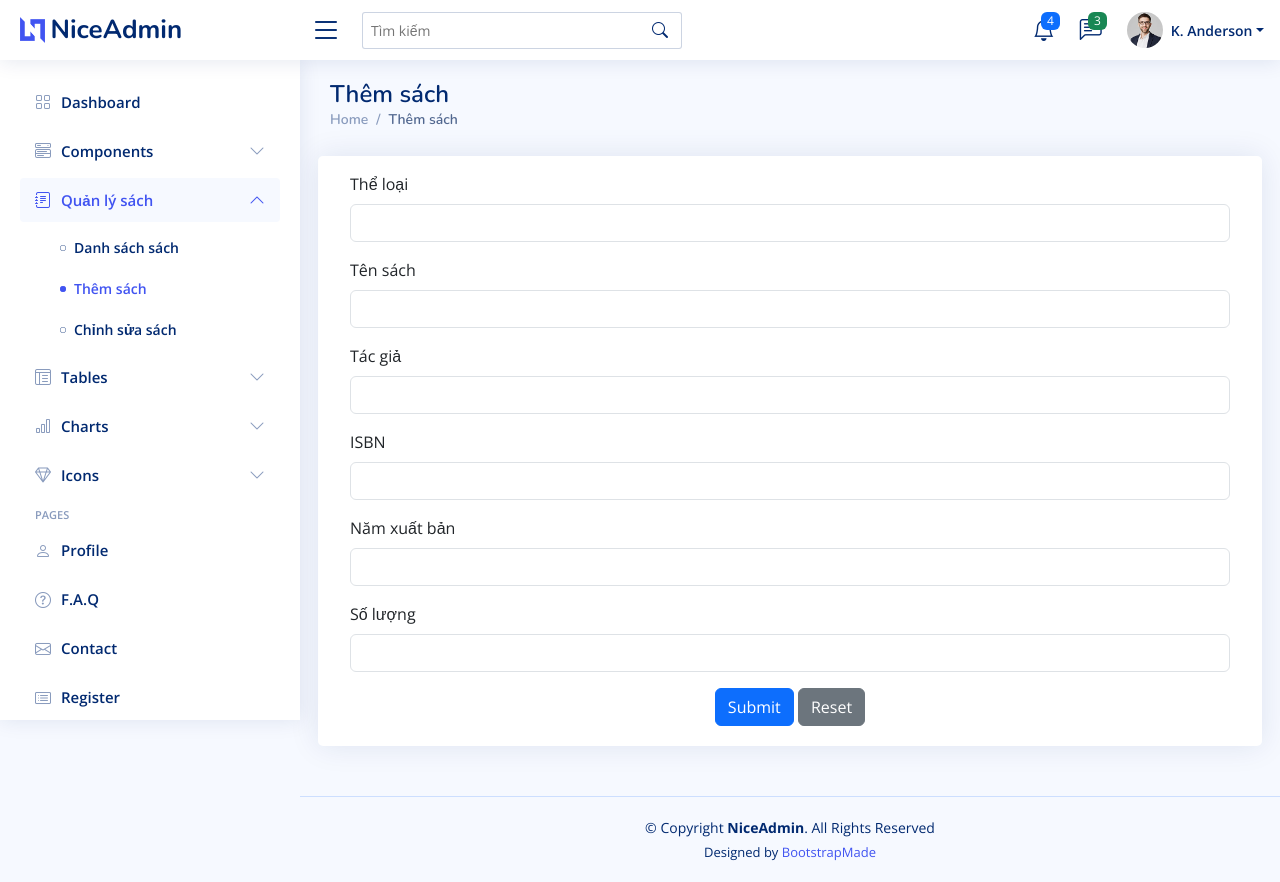
Repository: Hoainam7895123/library_manager
Page: http://localhost/library_manager/addBook.jsp
The author's editor kept a copy of each file at every save. The page is drawn from the files as they stood at one save, then again after the next save.
The browser window is 1280 px wide. The pictures show the whole page.
The page is served by Tomcat 9. Other server files are loaded and not shown.

Above is the page before, as saved 2024-06-17 02:24:01.

### library_manager/src/main/webapp/addBook.jsp
<%@page import="java.util.ArrayList"%>
<%@page import="model.Book"%>
<%@ page language="java" contentType="text/html; charset=UTF-8"
	pageEncoding="UTF-8"%>
<!DOCTYPE html>
<html lang="en">

<head>
<meta charset="utf-8">
<meta content="width=device-width, initial-scale=1.0" name="viewport">

<title>Dashboard - NiceAdmin Bootstrap Template</title>
<meta content="" name="description">
<meta content="" name="keywords">

<!-- Favicons -->
<link href="/img/favicon.png" rel="icon">
<link href="/img/apple-touch-icon.png" rel="apple-touch-icon">

<!-- Google Fonts -->
<link href="https://fonts.gstatic.com" rel="preconnect">
<link
	href="https://fonts.googleapis.com/css?family=Open+Sans:300,300i,400,400i,600,600i,700,700i|Nunito:300,300i,400,400i,600,600i,700,700i|Poppins:300,300i,400,400i,500,500i,600,600i,700,700i"
	rel="stylesheet">

<!-- Vendor CSS Files -->
<link href="css/bootstrap.min.css" rel="stylesheet">
<link href="css/bootstrap-icons/bootstrap-icons.css" rel="stylesheet">
<link href="css/boxicons.min.css" rel="stylesheet">
<link href="css/quill.snow.css" rel="stylesheet">
<link href="css/quill.bubble.css" rel="stylesheet">
<link href="css/remixicon.css" rel="stylesheet">
<link href="css/style.css" rel="stylesheet">

<!-- Template Main CSS File -->
<link href="css/stylex.css" rel="stylesheet">

<!-- =======================================================
  * Template Name: NiceAdmin
  * Template URL: https://bootstrapmade.com/nice-admin-bootstrap-admin-html-template/
  * Updated: Apr 20 2024 with Bootstrap v5.3.3
  * Author: BootstrapMade.com
  * License: https://bootstrapmade.com/license/
  ======================================================== -->
</head>

<body>

	<!-- ======= Header ======= -->
	<header id="header" class="header fixed-top d-flex align-items-center">

		<div class="d-flex align-items-center justify-content-between">
			<a href="index.html" class="logo d-flex align-items-center"> <img
				src="assets/img/logo.png" alt=""> <span
				class="d-none d-lg-block">NiceAdmin</span>
			</a> <i class="bi bi-list toggle-sidebar-btn"></i>
		</div>
		<!-- End Logo -->

		<div class="search-bar">
			<form class="search-form d-flex align-items-center" method="GET"
				action="${pageContext.request.contextPath}/search-book">
				<input type="text" name="searchTitle" placeholder="Tìm kiếm"
					title="Enter search keyword">
				<button type="submit" title="Search">
					<i class="bi bi-search"></i>
				</button>
			</form>
		</div>
		<!-- End Search Bar -->

		<nav class="header-nav ms-auto">
			<ul class="d-flex align-items-center">

				<li class="nav-item d-block d-lg-none"><a
					class="nav-link nav-icon search-bar-toggle " href="#"> <i
						class="bi bi-search"></i>
				</a></li>
				<!-- End Search Icon-->

				<li class="nav-item dropdown"><a class="nav-link nav-icon"
					href="#" data-bs-toggle="dropdown"> <i class="bi bi-bell"></i>
						<span class="badge bg-primary badge-number">4</span>
				</a> <!-- End Notification Icon -->

					<ul
						class="dropdown-menu dropdown-menu-end dropdown-menu-arrow notifications">
						<li class="dropdown-header">You have 4 new notifications <a
							href="#"><span class="badge rounded-pill bg-primary p-2 ms-2">View
									all</span></a>
						</li>
						<li>
							<hr class="dropdown-divider">
						</li>

						<li class="notification-item"><i
							class="bi bi-exclamation-circle text-warning"></i>
							<div>
								<h4>Lorem Ipsum</h4>
								<p>Quae dolorem earum veritatis oditseno</p>
								<p>30 min. ago</p>
							</div></li>

						<li>
							<hr class="dropdown-divider">
						</li>

						<li class="notification-item"><i
							class="bi bi-x-circle text-danger"></i>
							<div>
								<h4>Atque rerum nesciunt</h4>
								<p>Quae dolorem earum veritatis oditseno</p>
								<p>1 hr. ago</p>
							</div></li>

						<li>
							<hr class="dropdown-divider">
						</li>

						<li class="notification-item"><i
							class="bi bi-check-circle text-success"></i>
							<div>
								<h4>Sit rerum fuga</h4>
								<p>Quae dolorem earum veritatis oditseno</p>
								<p>2 hrs. ago</p>
							</div></li>

						<li>
							<hr class="dropdown-divider">
						</li>

						<li class="notification-item"><i
							class="bi bi-info-circle text-primary"></i>
							<div>
								<h4>Dicta reprehenderit</h4>
								<p>Quae dolorem earum veritatis oditseno</p>
								<p>4 hrs. ago</p>
							</div></li>

						<li>
							<hr class="dropdown-divider">
						</li>
						<li class="dropdown-footer"><a href="#">Show all
								notifications</a></li>

					</ul> <!-- End Notification Dropdown Items --></li>
				<!-- End Notification Nav -->

				<li class="nav-item dropdown"><a class="nav-link nav-icon"
					href="#" data-bs-toggle="dropdown"> <i
						class="bi bi-chat-left-text"></i> <span
						class="badge bg-success badge-number">3</span>
				</a> <!-- End Messages Icon -->

					<ul
						class="dropdown-menu dropdown-menu-end dropdown-menu-arrow messages">
						<li class="dropdown-header">You have 3 new messages <a
							href="#"><span class="badge rounded-pill bg-primary p-2 ms-2">View
									all</span></a>
						</li>
						<li>
							<hr class="dropdown-divider">
						</li>

						<li class="message-item"><a href="#"> <img
								src="assets/img/messages-1.jpg" alt="" class="rounded-circle">
								<div>
									<h4>Maria Hudson</h4>
									<p>Velit asperiores et ducimus soluta repudiandae labore
										officia est ut...</p>
									<p>4 hrs. ago</p>
								</div>
						</a></li>
						<li>
							<hr class="dropdown-divider">
						</li>

						<li class="message-item"><a href="#"> <img
								src="assets/img/messages-2.jpg" alt="" class="rounded-circle">
								<div>
									<h4>Anna Nelson</h4>
									<p>Velit asperiores et ducimus soluta repudiandae labore
										officia est ut...</p>
									<p>6 hrs. ago</p>
								</div>
						</a></li>
						<li>
							<hr class="dropdown-divider">
						</li>

						<li class="message-item"><a href="#"> <img
								src="assets/img/messages-3.jpg" alt="" class="rounded-circle">
								<div>
									<h4>David Muldon</h4>
									<p>Velit asperiores et ducimus soluta repudiandae labore
										officia est ut...</p>
									<p>8 hrs. ago</p>
								</div>
						</a></li>
						<li>
							<hr class="dropdown-divider">
						</li>

						<li class="dropdown-footer"><a href="#">Show all messages</a>
						</li>

					</ul> <!-- End Messages Dropdown Items --></li>
				<!-- End Messages Nav -->

				<li class="nav-item dropdown pe-3"><a
					class="nav-link nav-profile d-flex align-items-center pe-0"
					href="#" data-bs-toggle="dropdown"> <img
						src="assets/img/profile-img.jpg" alt="Profile"
						class="rounded-circle"> <span
						class="d-none d-md-block dropdown-toggle ps-2">K. Anderson</span>
				</a> <!-- End Profile Iamge Icon -->

					<ul
						class="dropdown-menu dropdown-menu-end dropdown-menu-arrow profile">
						<li class="dropdown-header">
							<h6>Kevin Anderson</h6> <span>Web Designer</span>
						</li>
						<li>
							<hr class="dropdown-divider">
						</li>

						<li><a class="dropdown-item d-flex align-items-center"
							href="users-profile.html"> <i class="bi bi-person"></i> <span>My
									Profile</span>
						</a></li>
						<li>
							<hr class="dropdown-divider">
						</li>

						<li><a class="dropdown-item d-flex align-items-center"
							href="users-profile.html"> <i class="bi bi-gear"></i> <span>Account
									Settings</span>
						</a></li>
						<li>
							<hr class="dropdown-divider">
						</li>

						<li><a class="dropdown-item d-flex align-items-center"
							href="pages-faq.html"> <i class="bi bi-question-circle"></i>
								<span>Need Help?</span>
						</a></li>
						<li>
							<hr class="dropdown-divider">
						</li>

						<li><a class="dropdown-item d-flex align-items-center"
							href="#"> <i class="bi bi-box-arrow-right"></i> <span>Sign
									Out</span>
						</a></li>

					</ul> <!-- End Profile Dropdown Items --></li>
				<!-- End Profile Nav -->

			</ul>
		</nav>
		<!-- End Icons Navigation -->

	</header>
	<!-- End Header -->

	<!-- ======= Sidebar ======= -->
  <aside id="sidebar" class="sidebar">

    <ul class="sidebar-nav" id="sidebar-nav">

      <li class="nav-item">
        <a class="nav-link collapsed" href="index.html">
          <i class="bi bi-grid"></i>
          <span>Dashboard</span>
        </a>
      </li><!-- End Dashboard Nav -->

      <li class="nav-item">
        <a class="nav-link collapsed" data-bs-target="#components-nav" data-bs-toggle="collapse" href="#">
          <i class="bi bi-menu-button-wide"></i><span>Components</span><i class="bi bi-chevron-down ms-auto"></i>
        </a>
        <ul id="components-nav" class="nav-content collapse " data-bs-parent="#sidebar-nav">
          <li>
            <a href="components-alerts.html">
              <i class="bi bi-circle"></i><span>Alerts</span>
            </a>
          </li>
          <li>
            <a href="components-accordion.html">
              <i class="bi bi-circle"></i><span>Accordion</span>
            </a>
          </li>
          <li>
            <a href="components-badges.html">
              <i class="bi bi-circle"></i><span>Badges</span>
            </a>
          </li>
          <li>
            <a href="components-breadcrumbs.html">
              <i class="bi bi-circle"></i><span>Breadcrumbs</span>
            </a>
          </li>
          <li>
            <a href="components-buttons.html">
              <i class="bi bi-circle"></i><span>Buttons</span>
            </a>
          </li>
          <li>
            <a href="components-cards.html">
              <i class="bi bi-circle"></i><span>Cards</span>
            </a>
          </li>
          <li>
            <a href="components-carousel.html">
              <i class="bi bi-circle"></i><span>Carousel</span>
            </a>
          </li>
          <li>
            <a href="components-list-group.html">
              <i class="bi bi-circle"></i><span>List group</span>
            </a>
          </li>
          <li>
            <a href="components-modal.html">
              <i class="bi bi-circle"></i><span>Modal</span>
            </a>
          </li>
          <li>
            <a href="components-tabs.html">
              <i class="bi bi-circle"></i><span>Tabs</span>
            </a>
          </li>
          <li>
            <a href="components-pagination.html">
              <i class="bi bi-circle"></i><span>Pagination</span>
            </a>
          </li>
          <li>
            <a href="components-progress.html">
              <i class="bi bi-circle"></i><span>Progress</span>
            </a>
          </li>
          <li>
            <a href="components-spinners.html">
              <i class="bi bi-circle"></i><span>Spinners</span>
            </a>
          </li>
          <li>
            <a href="components-tooltips.html">
              <i class="bi bi-circle"></i><span>Tooltips</span>
            </a>
          </li>
        </ul>
      </li><!-- End Components Nav -->

      <li class="nav-item">
        <a class="nav-link " data-bs-target="#forms-nav" data-bs-toggle="collapse" href="#">
          <i class="bi bi-journal-text"></i><span>Quản lý sách</span><i class="bi bi-chevron-down ms-auto"></i>
        </a>
        <ul id="forms-nav" class="nav-content collapse show" data-bs-parent="#sidebar-nav">
          <li>
            <a href="/library_manager/">
              <i class="bi bi-circle"></i><span>Danh sách sách</span>
            </a>
          </li>
          <li>
            <a href="forms-layouts.html" class="active">
              <i class="bi bi-circle"></i><span>Thêm sách</span>
            </a>
          </li>
          <li>
            <a href="forms-editors.html">
              <i class="bi bi-circle"></i><span>Chỉnh sửa sách</span>
            </a>
          </li>
        </ul>
      </li><!-- End Forms Nav -->

      <li class="nav-item">
        <a class="nav-link collapsed" data-bs-target="#tables-nav" data-bs-toggle="collapse" href="#">
          <i class="bi bi-layout-text-window-reverse"></i><span>Tables</span><i class="bi bi-chevron-down ms-auto"></i>
        </a>
        <ul id="tables-nav" class="nav-content collapse " data-bs-parent="#sidebar-nav">
          <li>
            <a href="tables-general.html">
              <i class="bi bi-circle"></i><span>General Tables</span>
            </a>
          </li>
          <li>
            <a href="tables-data.html">
              <i class="bi bi-circle"></i><span>Data Tables</span>
            </a>
          </li>
        </ul>
      </li><!-- End Tables Nav -->

      <li class="nav-item">
        <a class="nav-link collapsed" data-bs-target="#charts-nav" data-bs-toggle="collapse" href="#">
          <i class="bi bi-bar-chart"></i><span>Charts</span><i class="bi bi-chevron-down ms-auto"></i>
        </a>
        <ul id="charts-nav" class="nav-content collapse " data-bs-parent="#sidebar-nav">
          <li>
            <a href="charts-chartjs.html">
              <i class="bi bi-circle"></i><span>Chart.js</span>
            </a>
          </li>
          <li>
            <a href="charts-apexcharts.html">
              <i class="bi bi-circle"></i><span>ApexCharts</span>
            </a>
          </li>
          <li>
            <a href="charts-echarts.html">
              <i class="bi bi-circle"></i><span>ECharts</span>
            </a>
          </li>
        </ul>
      </li><!-- End Charts Nav -->

      <li class="nav-item">
        <a class="nav-link collapsed" data-bs-target="#icons-nav" data-bs-toggle="collapse" href="#">
          <i class="bi bi-gem"></i><span>Icons</span><i class="bi bi-chevron-down ms-auto"></i>
        </a>
        <ul id="icons-nav" class="nav-content collapse " data-bs-parent="#sidebar-nav">
          <li>
            <a href="icons-bootstrap.html">
              <i class="bi bi-circle"></i><span>Bootstrap Icons</span>
            </a>
          </li>
          <li>
            <a href="icons-remix.html">
              <i class="bi bi-circle"></i><span>Remix Icons</span>
            </a>
          </li>
          <li>
            <a href="icons-boxicons.html">
              <i class="bi bi-circle"></i><span>Boxicons</span>
            </a>
          </li>
        </ul>
      </li><!-- End Icons Nav -->

      <li class="nav-heading">Pages</li>

      <li class="nav-item">
        <a class="nav-link collapsed" href="users-profile.html">
          <i class="bi bi-person"></i>
          <span>Profile</span>
        </a>
      </li><!-- End Profile Page Nav -->

      <li class="nav-item">
        <a class="nav-link collapsed" href="pages-faq.html">
          <i class="bi bi-question-circle"></i>
          <span>F.A.Q</span>
        </a>
      </li><!-- End F.A.Q Page Nav -->

      <li class="nav-item">
        <a class="nav-link collapsed" href="pages-contact.html">
          <i class="bi bi-envelope"></i>
          <span>Contact</span>
        </a>
      </li><!-- End Contact Page Nav -->

      <li class="nav-item">
        <a class="nav-link collapsed" href="pages-register.html">
          <i class="bi bi-card-list"></i>
          <span>Register</span>
        </a>
      </li><!-- End Register Page Nav -->

      <li class="nav-item">
        <a class="nav-link collapsed" href="pages-login.html">
          <i class="bi bi-box-arrow-in-right"></i>
          <span>Login</span>
        </a>
      </li><!-- End Login Page Nav -->

      <li class="nav-item">
        <a class="nav-link collapsed" href="pages-error-404.html">
          <i class="bi bi-dash-circle"></i>
          <span>Error 404</span>
        </a>
      </li><!-- End Error 404 Page Nav -->

      <li class="nav-item">
        <a class="nav-link collapsed" href="pages-blank.html">
          <i class="bi bi-file-earmark"></i>
          <span>Blank</span>
        </a>
      </li><!-- End Blank Page Nav -->

    </ul>

  </aside><!-- End Sidebar-->

	<main id="main" class="main">

		<div class="pagetitle">
			<div class="row">
				<div class="col-10">
					<h1>Thêm sách</h1>
					<nav>
						<ol class="breadcrumb">
							<li class="breadcrumb-item"><a href="index.html">Home</a></li>
							<li class="breadcrumb-item active">Thêm sách</li>
						</ol>
					</nav>
				</div>
				<div class="col-2"></div>
			</div>
		</div>
		<!-- End Page Title -->

		<section class="section dashboard">
			<div class="row">
				<%
            		String message = request.getParameter("message");
            		if ("addSuccess".equals(message)) {
        		%>
        		<script type="text/javascript">
            		alert('Thêm sách thành công!');
        		</script>
        		<%
            		}
        		%>
				<!-- Vertical Form -->
				<div class="card">
					<div class="card-body">
						<!-- Vertical Form -->
						<form class="row g-3"
							action="${pageContext.request.contextPath}/add-book"
							method="post">
							<div class="col-12 pt-3">
								<label for="input_category" class="form-label">Thể loại</label>
								<input type="text" class="form-control" id="input_category" name="category">
							</div>
							<div class="col-12">
								<label for="input_title" class="form-label">Tên sách</label> <input
									type="text" class="form-control" id="input_title" name="title">
							</div>
							<div class="col-12">
								<label for="input_author" class="form-label">Tác giả</label> <input
									type="text" class="form-control" id="input_author"
									name="author">
							</div>
							<div class="col-12">
								<label for="input_isbn" class="form-label">ISBN</label> <input
									type="text" class="form-control" id="input_isbn" name="isbn">
							</div>
							<div class="col-12">
								<label for="input_published_year" class="form-label">Năm
									xuất bản</label> <input type="text" class="form-control"
									id="input_published_year" name="published_year">
							</div>
							<div class="col-12">
								<label for="input_number_of_copies" class="form-label">Số
									lượng</label> <input type="text" class="form-control"
									id="input_number_of_copies" name="number_of_copies">
							</div>
							<div class="text-center">
								<button type="submit" class="btn btn-primary">Submit</button>
								<button type="reset" class="btn btn-secondary">Reset</button>
							</div>
						</form>

						<!-- Vertical Form -->

					</div>
				</div>
			</div>
		</section>

	</main>
	<!-- End #main -->

	<!-- ======= Footer ======= -->
	<footer id="footer" class="footer">
		<div class="copyright">
			&copy; Copyright <strong><span>NiceAdmin</span></strong>. All Rights
			Reserved
		</div>
		<div class="credits">
			<!-- All the links in the footer should remain intact. -->
			<!-- You can delete the links only if you purchased the pro version. -->
			<!-- Licensing information: https://bootstrapmade.com/license/ -->
			<!-- Purchase the pro version with working PHP/AJAX contact form: https://bootstrapmade.com/nice-admin-bootstrap-admin-html-template/ -->
			Designed by <a href="https://bootstrapmade.com/">BootstrapMade</a>
		</div>
	</footer>
	<!-- End Footer -->

	<a href="#" class="back-to-top d-flex align-items-center justify-content-center">
		<i class="bi bi-arrow-up-short"></i>
	</a>

	<!-- Vendor JS Files -->
	<script src="${pageContext.request.contextPath}/js/apexcharts.min.js"></script>
	<script
		src="${pageContext.request.contextPath}/js/bootstrap.bundle.min.js"></script>
	<script src="/js/echarts.min.js"></script>
	<script src="/js/tinymce.min.js"></script>
	<script src="/js/validate.js"></script>
	<!-- Template Main JS File -->
	<script src="/js/main.js"></script>

</body>

</html>

Loaded but not shown: library_manager/src/main/webapp/css/bootstrap.min.css (library); library_manager/src/main/webapp/css/bootstrap-icons/bootstrap-icons.css (library); library_manager/src/main/webapp/css/boxicons.min.css (library); library_manager/src/main/webapp/css/quill.snow.css (library); library_manager/src/main/webapp/css/quill.bubble.css (library); library_manager/src/main/webapp/js/apexcharts.min.js (library); library_manager/src/main/webapp/js/bootstrap.bundle.min.js (library); library_manager/src/main/webapp/js/echarts.min.js (library); library_manager/src/main/webapp/js/tinymce.min.js (library); library_manager/src/main/webapp/js/main.js (319 lines, source omitted); library_manager/src/main/webapp/js/validate.js (85 lines, source omitted); library_manager/src/main/webapp/css/remixicon.css (2895 lines, source omitted); library_manager/src/main/webapp/css/stylex.css (1233 lines, source omitted); library_manager/src/main/webapp/css/style.css (233 lines, source omitted)

After the next save:
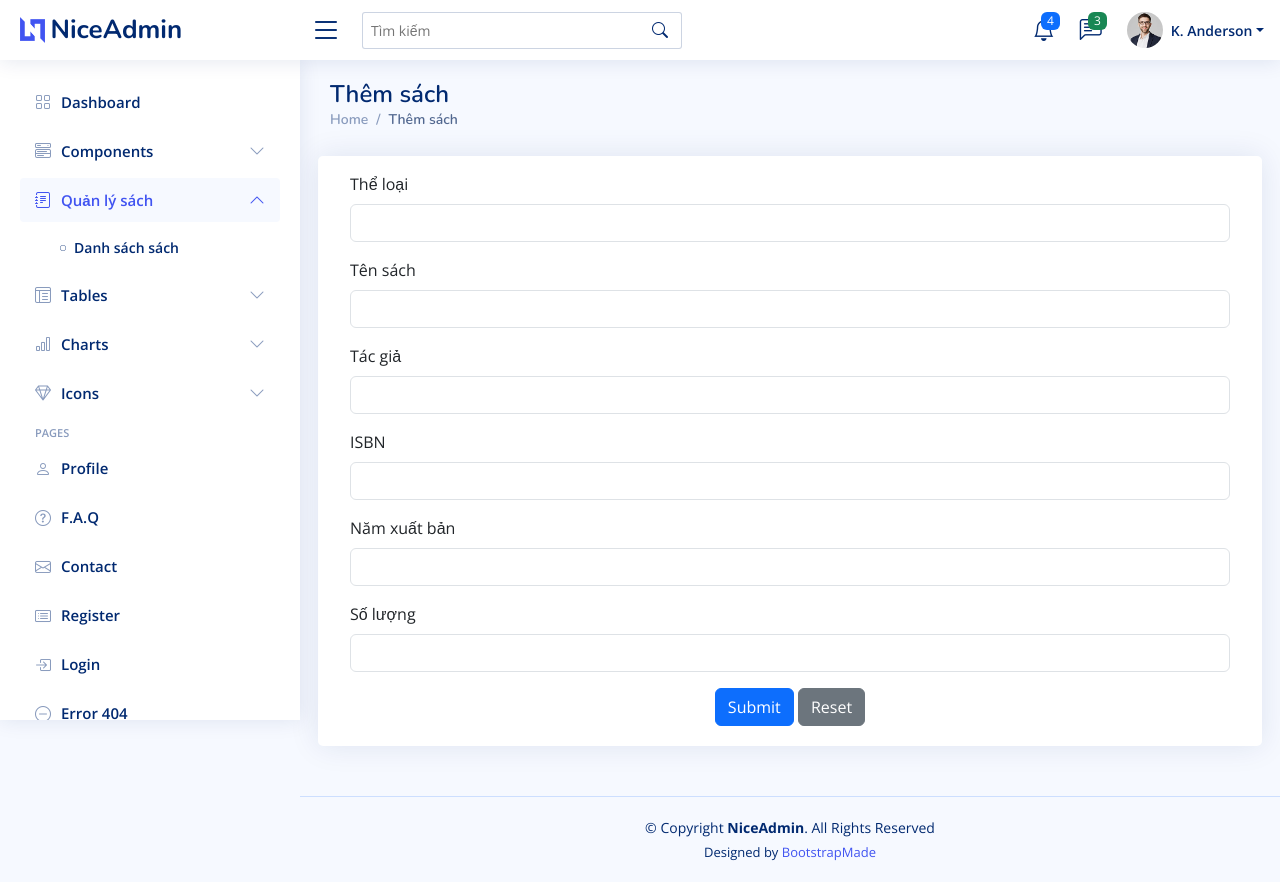
Saved 31 s later.
--- a/library_manager/src/main/webapp/addBook.jsp
+++ b/library_manager/src/main/webapp/addBook.jsp
@@ -353,26 +353,26 @@
         </ul>
       </li><!-- End Components Nav -->
 
-      <li class="nav-item">
+       <li class="nav-item">
         <a class="nav-link " data-bs-target="#forms-nav" data-bs-toggle="collapse" href="#">
           <i class="bi bi-journal-text"></i><span>Quản lý sách</span><i class="bi bi-chevron-down ms-auto"></i>
         </a>
         <ul id="forms-nav" class="nav-content collapse show" data-bs-parent="#sidebar-nav">
           <li>
-            <a href="/library_manager/">
+            <a href="forms-elements.html">
               <i class="bi bi-circle"></i><span>Danh sách sách</span>
             </a>
           </li>
-          <li>
-            <a href="forms-layouts.html" class="active">
+          <!-- <li>
+            <a href="forms-layouts.html" >
               <i class="bi bi-circle"></i><span>Thêm sách</span>
             </a>
           </li>
           <li>
-            <a href="forms-editors.html">
+            <a href="forms-editors.html" class="active">
               <i class="bi bi-circle"></i><span>Chỉnh sửa sách</span>
             </a>
-          </li>
+          </li> -->
         </ul>
       </li><!-- End Forms Nav -->
 
